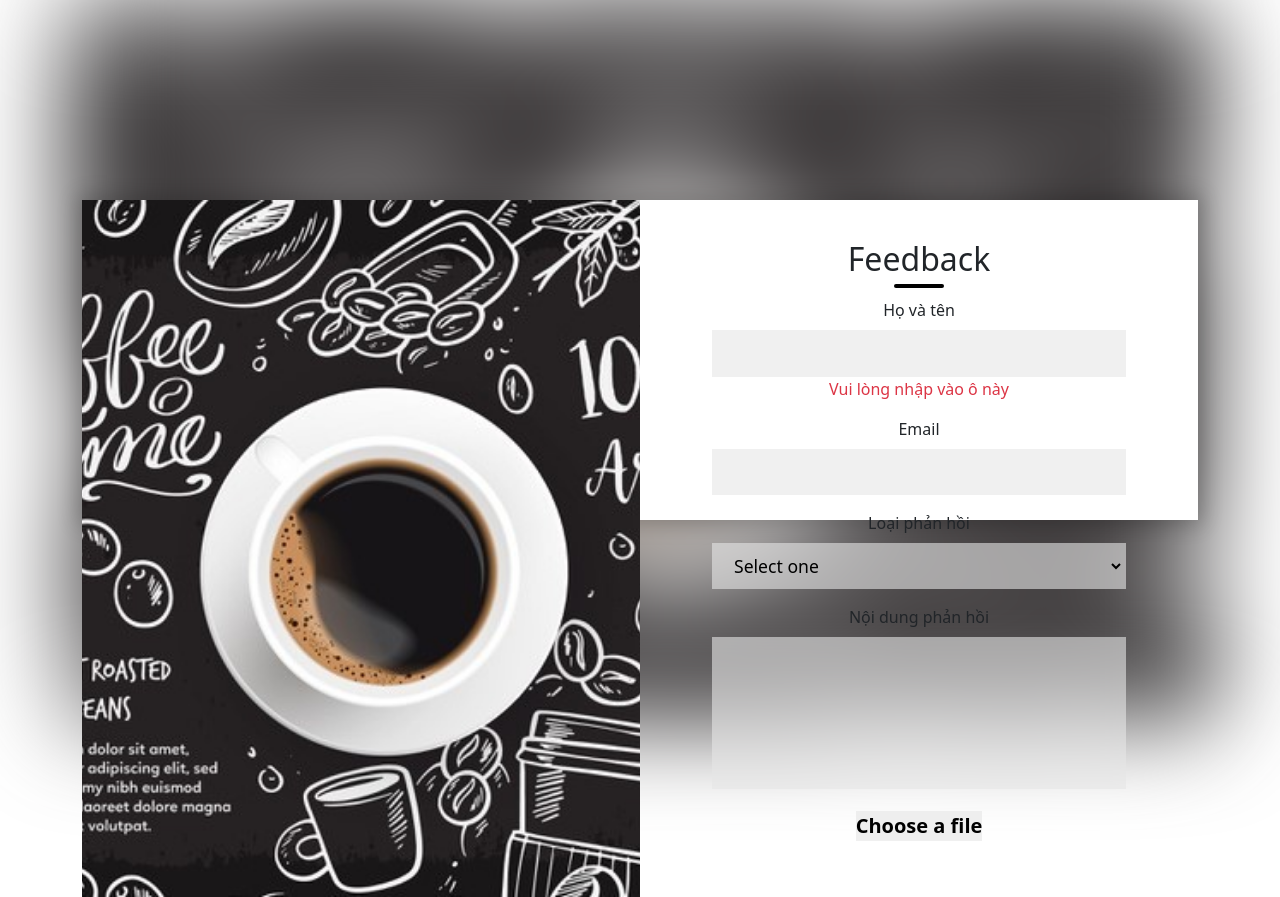
Repository: LeDongGyC/html-css
Page: HTML CSS/prototype/index.html
These files come from the project's save history. The page is drawn as it stood at one moment and after the next save; the edit follows.
The browser window is 1280 px wide. The pictures show the whole page.
The style sheet was rebuilt from its Sass, Less or Tailwind sources for each picture, by a compiler version that may differ from the author's.

Above is the page before, as saved 2023-05-24 10:28:34.

After the next save:
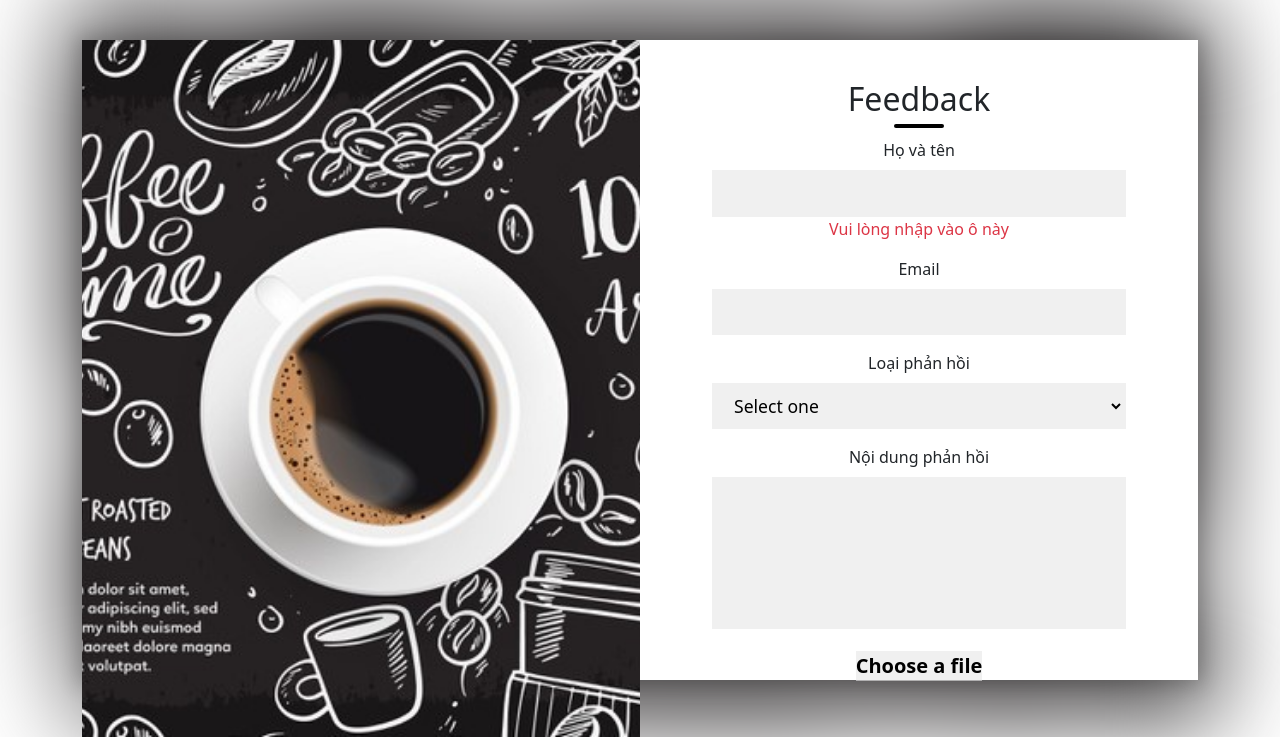
Saved 7 s later.
--- a/HTML CSS/prototype/style.scss
+++ b/HTML CSS/prototype/style.scss
@@ -34,7 +34,7 @@
 }
 .feedback-box {
   max-width: 85rem;
-  max-height: 20rem;
+  max-height: 40rem;
   // min-width: 70vw;
   display: grid;
   grid-template-columns: repeat(2, 1fr);

After the save that followed:
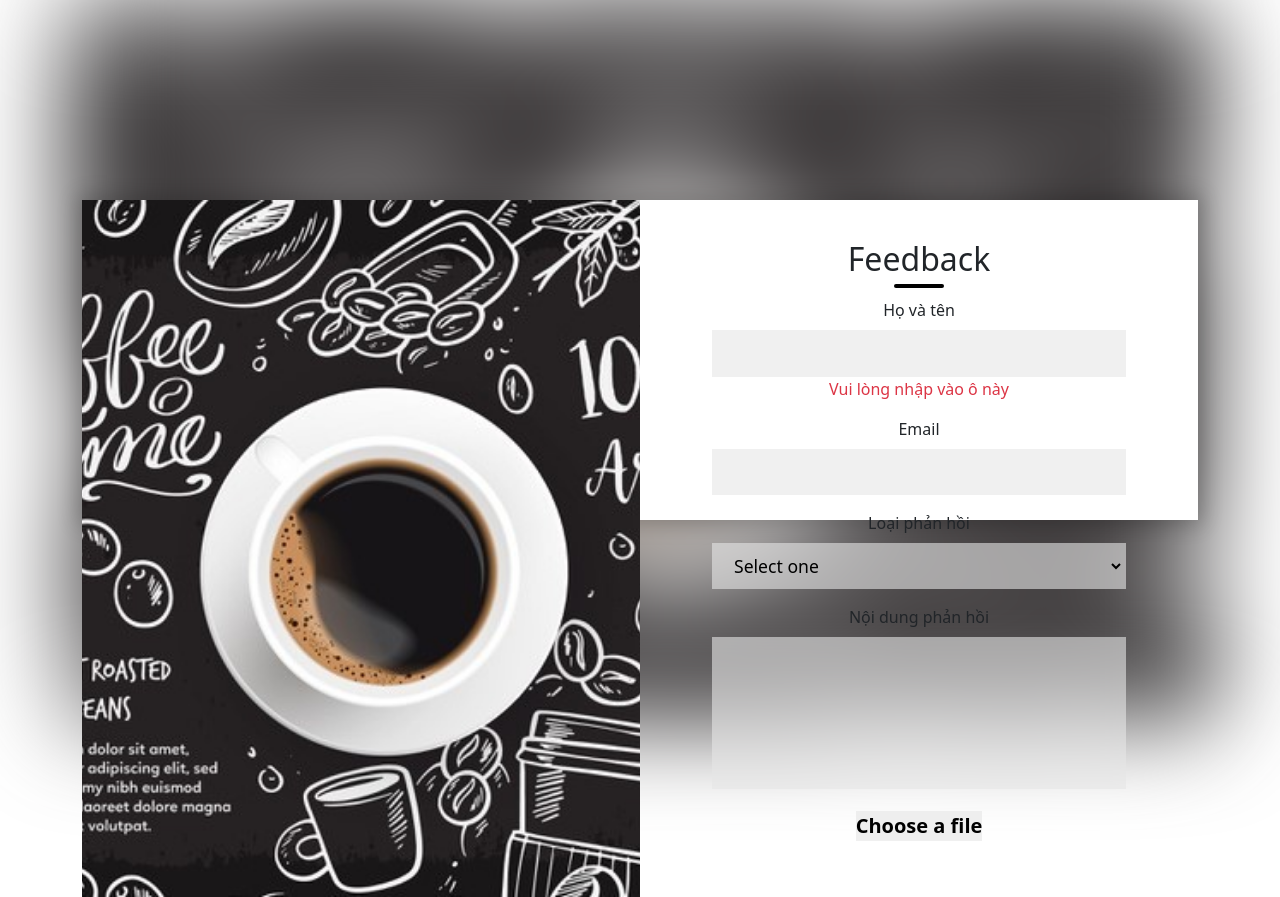
Saved 5 s later.
--- a/HTML CSS/prototype/style.scss
+++ b/HTML CSS/prototype/style.scss
@@ -34,7 +34,7 @@
 }
 .feedback-box {
   max-width: 85rem;
-  max-height: 40rem;
+  max-height: 20rem;
   // min-width: 70vw;
   display: grid;
   grid-template-columns: repeat(2, 1fr);
